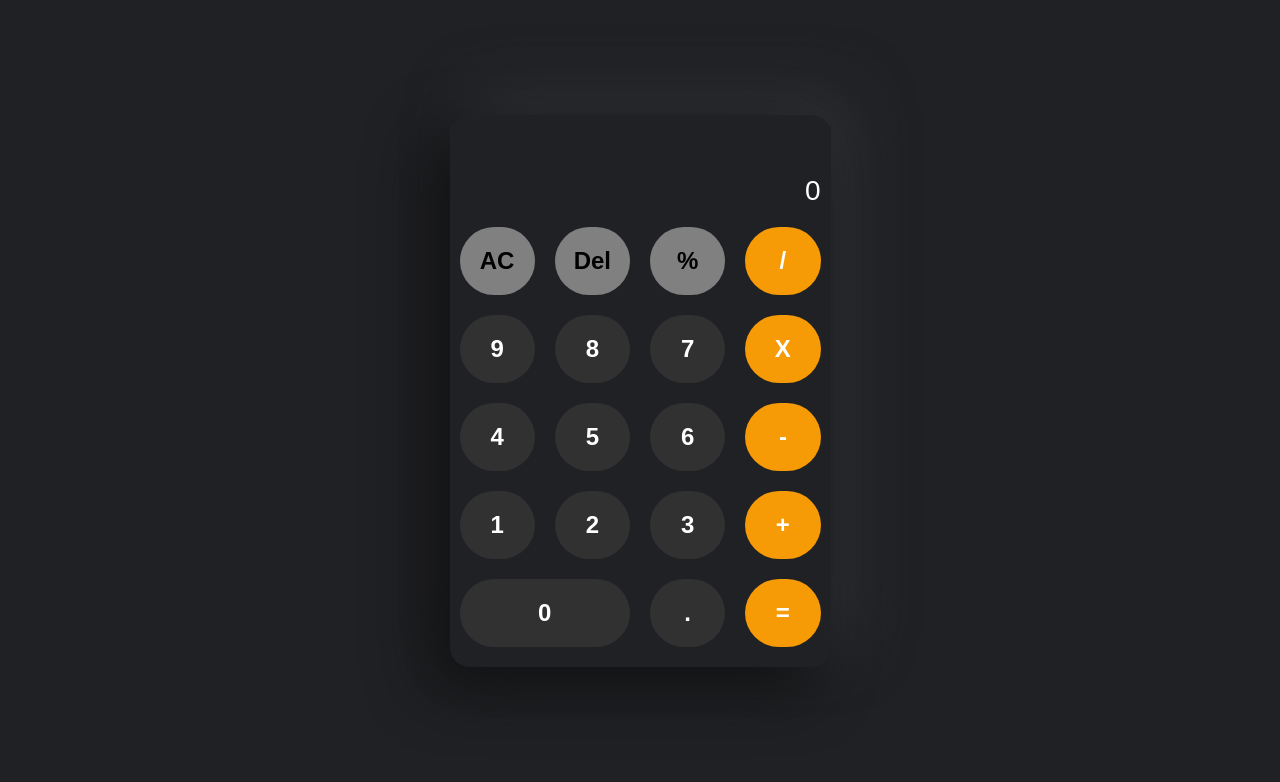
Repository: ble-syn/reactCalculator
Page: /
The author's editor kept a copy of each file at every save. The page is drawn from the files as they stood at one save, then again after the next save.
The browser window is 1280 px wide. The pictures show the whole page.
The project was rebuilt for these pictures with package versions that can differ from the ones it lists, and the page was loaded fresh each time.

Above is the page before, as saved 2022-10-06 22:37:26.

After the next save:
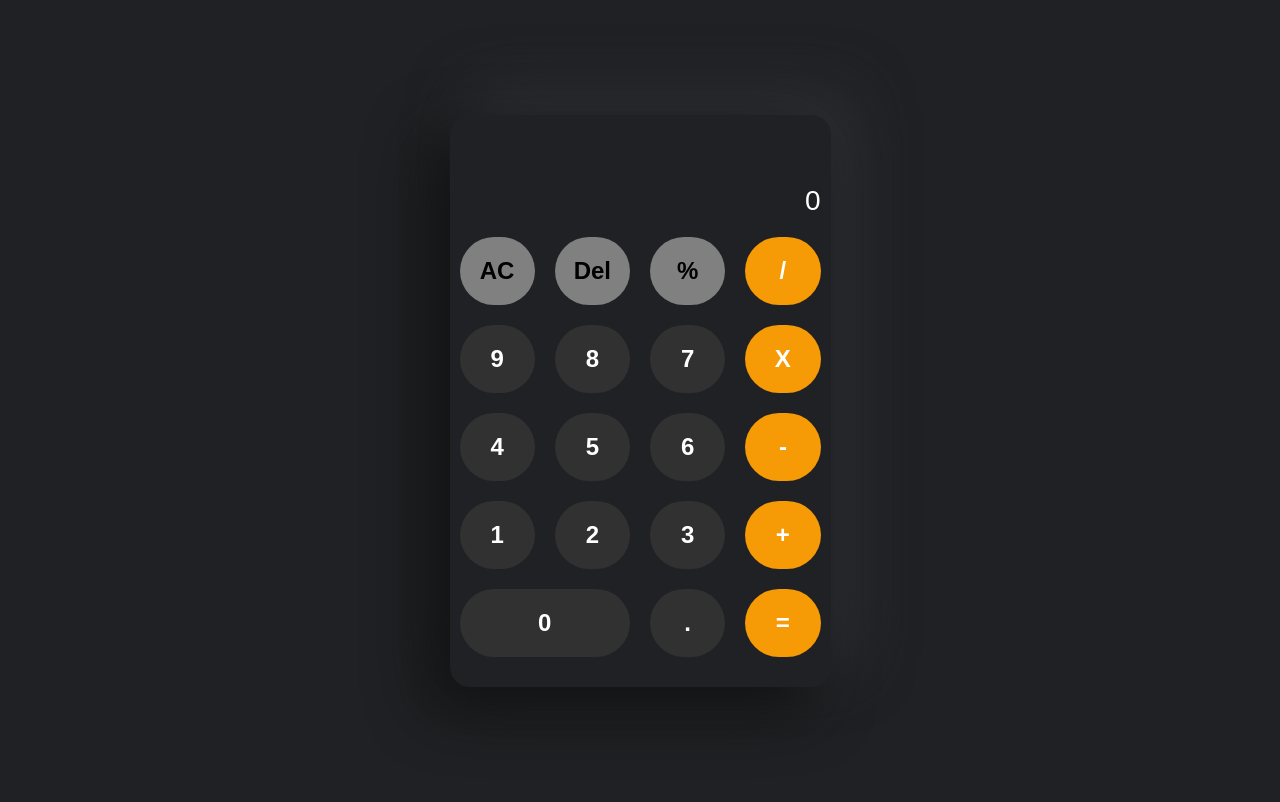
Saved 15 s later.
--- a/src/index.css
+++ b/src/index.css
@@ -18,7 +18,7 @@ body{
   padding: 20px;
 } */
 .calculator{
-  padding: 10px 0;
+  padding: 20px 0;
   border-radius: 20px;
   background: #202124;
   box-shadow:  -20px 20px 60px #101112,
